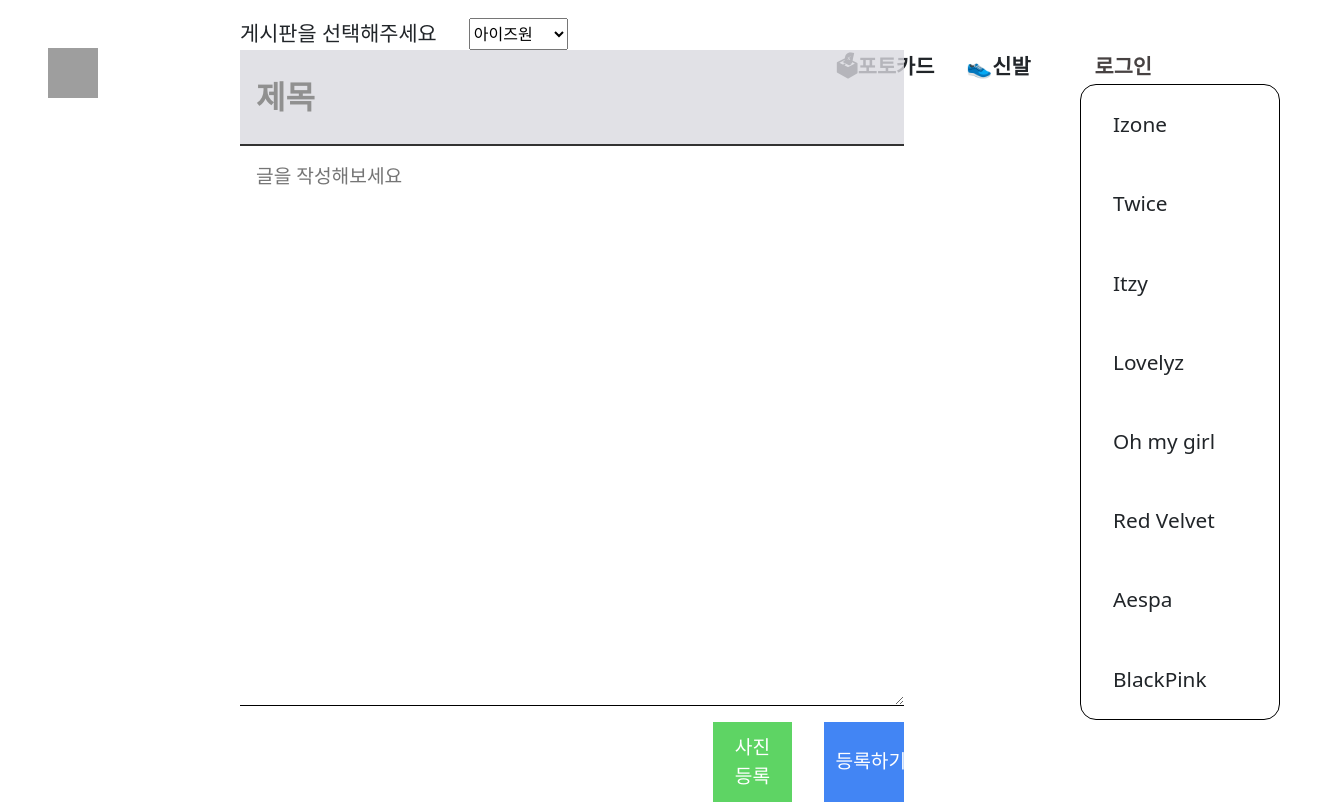
Repository: hwangstar156/goods-trader
Page: /write
The author's editor kept a copy of each file at every save. The page is drawn from the files as they stood at one save, then again after the next save.
The browser window is 1280 px wide. The page is 1328 px wide, so the pictures cover 1328 px, including what lies to the right of the window. The pictures show the whole page.
Pictures or frames that could not be fetched are drawn as grey boxes. Some web libraries are served in a nearby version. The project was rebuilt for these pictures with package versions that can differ from the ones it lists, and the page was loaded fresh each time. Also part of the build but not shown: src/App.css, src/component/sign-up/sign-up.component.jsx, src/component/sign-in/sign-in.styles.scss, src/component/sign-in/sign-in.component.jsx, src/component/with-spinner/withSpinner.styles.scss, src/component/with-spinner/withSpinner.component.jsx, src/pages/userprofile/userprofile.styles.scss, src/pages/userprofile/userprofile.utils.js and 7 more.

Above is the page before, as saved 2021-09-05 17:59:33.

After the next save:
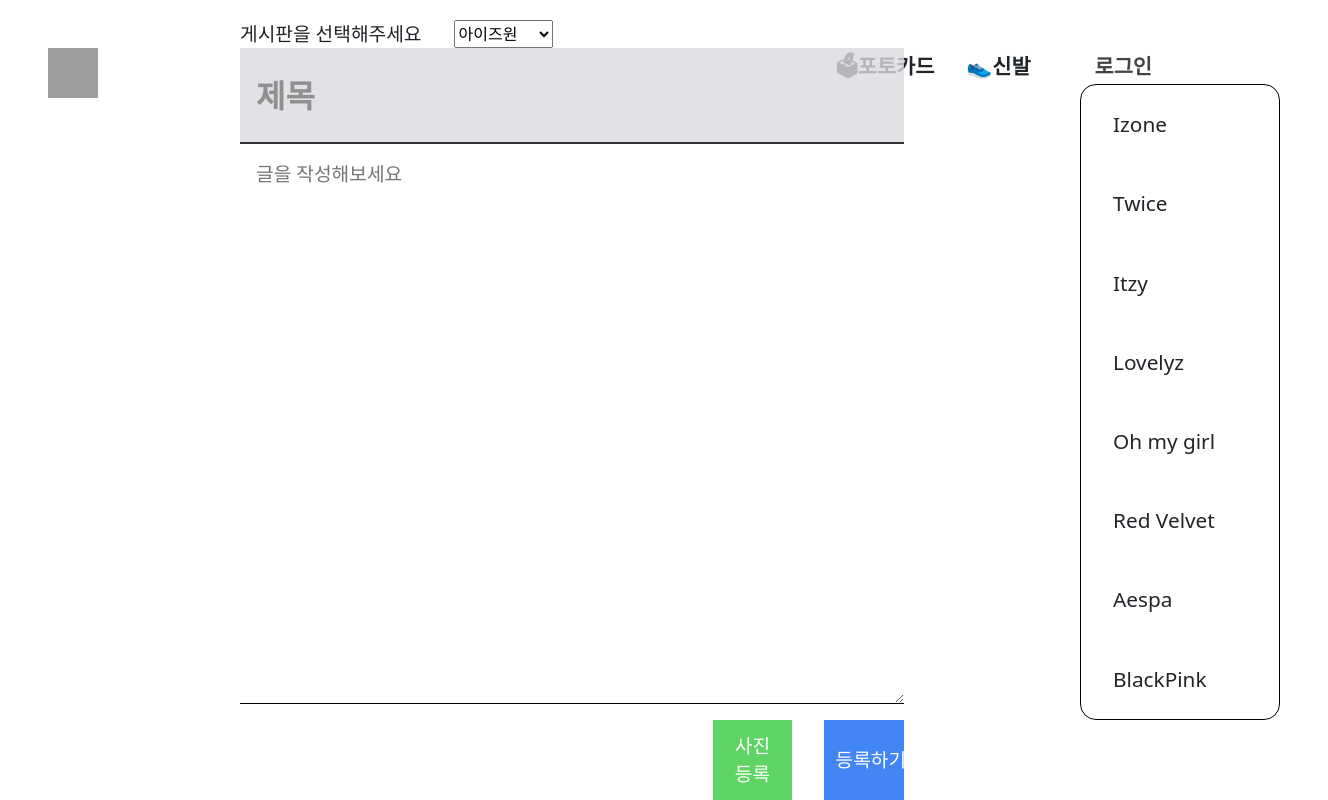
Saved 5 s later.
--- a/src/pages/write/write.styles.scss
+++ b/src/pages/write/write.styles.scss
@@ -16,7 +16,7 @@
         display: flex;
 
         & label{
-            font-size: 1.3rem;
+            font-size: 1.2rem;
         }
 
     & .idol-selector{
